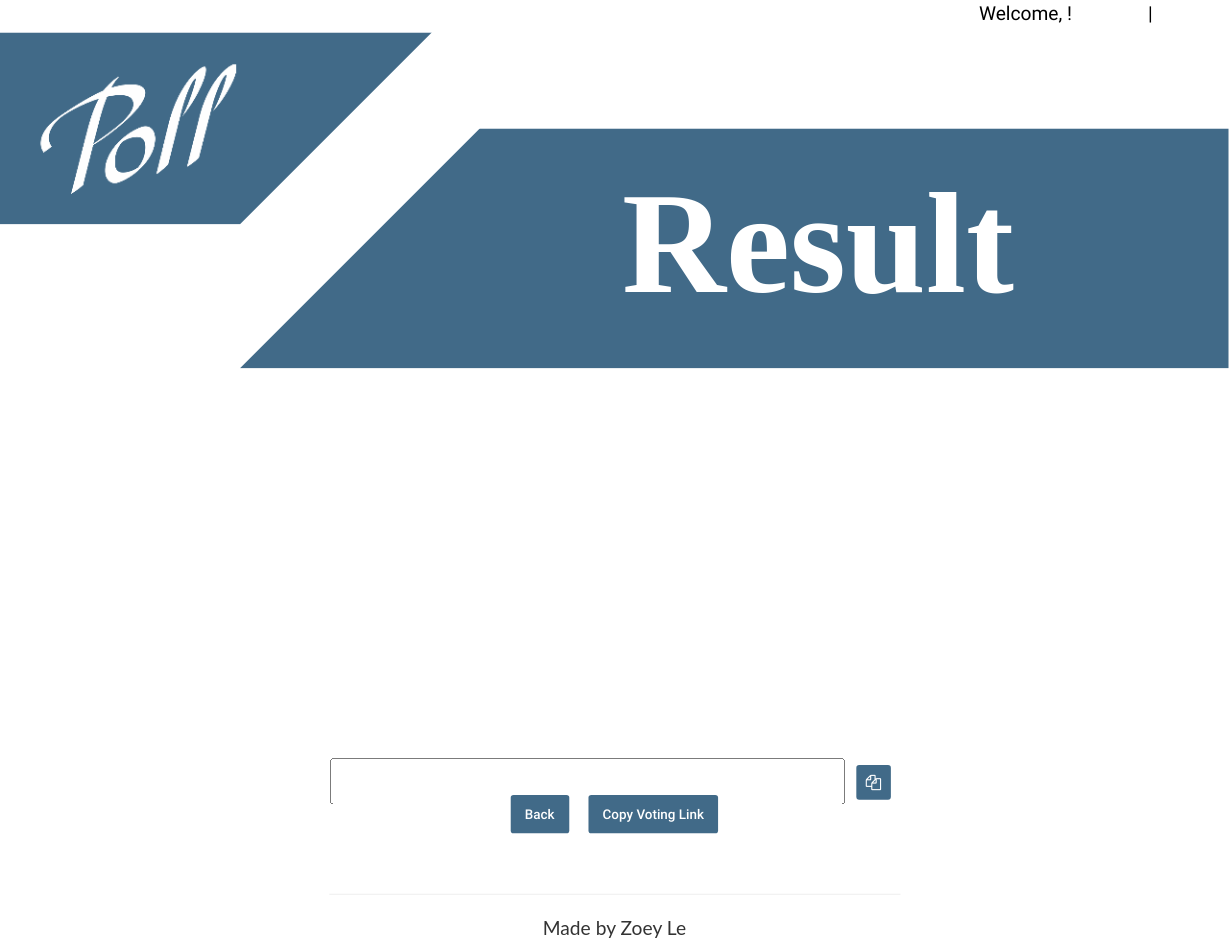
Repository: zoeyleqa/voting-app-fcc
Page: public/result.html
The author's editor kept a record of every edit. The page is drawn from the files as they stood at one moment, then again after the next edit.
The browser window is 1280 px wide. The pictures show the whole page, at 96% of full size.
Some web libraries are served in a nearby version.

Above is the page before.

After the next edit:
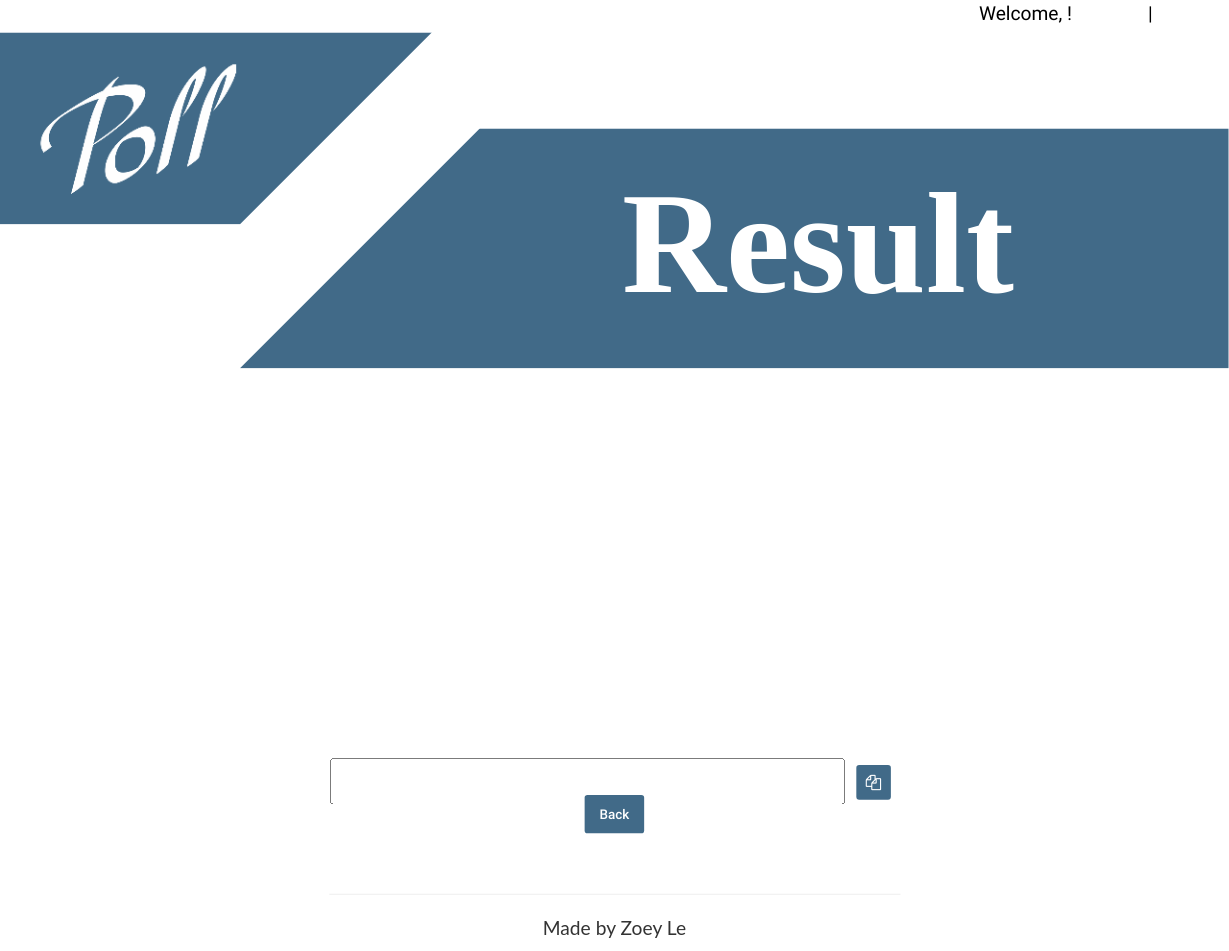
The edit:
--- a/public/result.html
+++ b/public/result.html
@@ -49,7 +49,6 @@
 
 				<div class="btn-container">
 					<a id="backpage" href="javascript:history.back()" class="btn btn-default">Back</a>
-					<a id="copybtn" onclick="copyLink()" class="btn btn-default">Copy Voting Link</a>
 				</div>
 				<br/>
 
